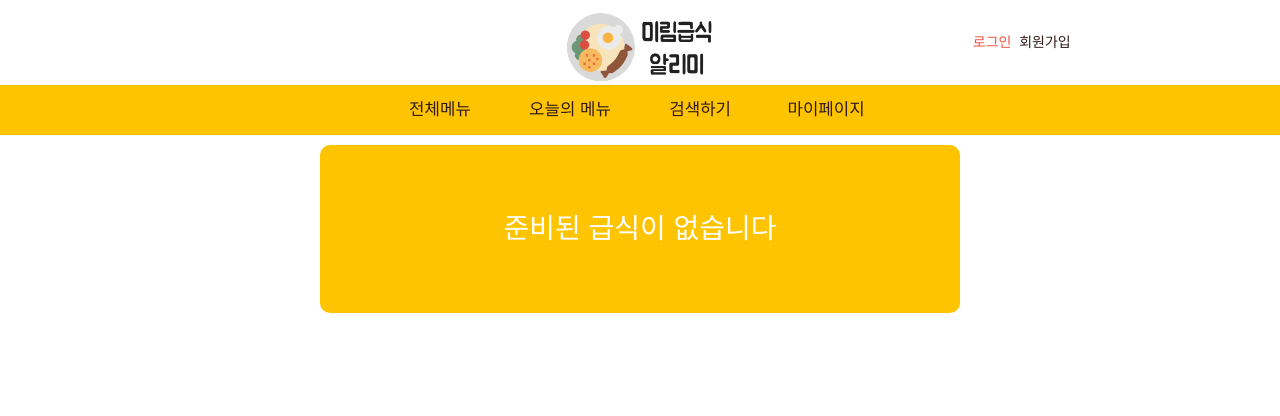
Repository: juujuu201/MirimMenuProj
Page: http://localhost/jspMenuProj/todayMenu.jsp
These files come from the project's save history. The page is drawn as it stood at one moment and after the next save; the edit follows.
The browser window is 1280 px wide. The pictures show the whole page.
Some web fonts or font styles are not loaded; a fallback is used. The page is served by Tomcat 9. Queries for data that is not in the repository find no rows.

Above is the page before, as saved 2019-09-21 12:48:06.

### jspMenuProj/WebContent/todayMenu.jsp
<%@ page language="java" contentType="text/html; charset=utf-8"
    pageEncoding="utf-8" import="java.sql.*"%>
<%@ page import="menu.db.connection.DBConnection" %>
<!DOCTYPE html PUBLIC "-//W3C//DTD HTML 4.01 Transitional//EN" "http://www.w3.org/TR/html4/loose.dtd">
<html>
<head>
<meta http-equiv="Content-Type" content="text/html; charset=utf-8">
<meta name="viewport" content="width=device-width, initial-scale=1">
  <link rel="stylesheet" href="https://maxcdn.bootstrapcdn.com/bootstrap/3.4.0/css/bootstrap.min.css">
  <script src="https://ajax.googleapis.com/ajax/libs/jquery/3.4.1/jquery.min.js"></script>
  <script src="https://maxcdn.bootstrapcdn.com/bootstrap/3.4.0/js/bootstrap.min.js"></script>
<title>미급알</title>
<!--
<link rel="shortcut icon" href="img/logo.png">
<link rel="apple-touch-icon" href="img/logo_apple.png">
-->
<link rel="stylesheet" href="css/index.css">
<link href="https://fonts.googleapis.com/css?family=Jua&display=swap" rel="stylesheet">

<style>
.thumbnail{
	width:200px;
	height:300px;
}
.link{
	color:#311b1b;
}
.link:hover{
	color:#ed6853;
}
b:hover{
	color:#ed6853;
}
a:hover{
	text-decoration:none;
}
</style>
</head>
<body>
<jsp:include page="top.jsp" flush="false"/><p>
<p></p>
<table id="whole">

    <p></p>
	<tr>
		<td>
			<div id="box" align="center">
				<%
					//db연결
					Connection conn=null;
					PreparedStatement pstmt=null;
					ResultSet rs=null;

					String sql="select menu_date, mtype, REPLACE(menu,' ','\r') as menu from schoolmealtbl where menu_date=curdate()";
					int count=1;

					try{
						conn=DBConnection.getCon();
						pstmt=conn.prepareStatement(sql);
						rs=pstmt.executeQuery();
						%>

							<%
								while(rs.next()){
									if(count%3==1){%>
									<table width="80%" align="center" id="books" border=1 cellspacing=0 cellpadding=0>
									<tr class="menu">
										<td colspan=5 align="center" style="padding:2%;"><%=rs.getString("menu_date") %><br></td>
									</tr>
									<tr>
										<td width="30%" align="center" style="padding:2%;">
											<a onclick="login()" class="link">
												<b style="color:#f54e42;font-size:1.5em;"><%=rs.getString("mtype") %></b><br>
												<%=rs.getString("menu") %><br>
											</a>
										</td>

								<%	}//if
									else if(count%3==2){%>
										<td width="30%" align="center" style="padding:2%;">
											<a onclick="login()" class="link">
												<b style="color:#f54e42;font-size:1.5em;"><%=rs.getString("mtype") %></b><br>
												<%=rs.getString("menu") %><br>
											</a>
										</td>

									<%}
									else{%>
											<td width="30%" align="center" style="padding:2%;">
												<a onclick="login()" class="link">
													<b style="color:#f54e42;font-size:1.5em;"><%=rs.getString("mtype") %></b><br>
													<%=rs.getString("menu") %><br>
												</a>
											</td>
											<p></p>
										</tr>

										</table>
									<%}
									count++;
								}//while
								if(count==1){%>
									<div style="background-color:#ffc400;color:white;width:50%;font-size:2em;padding:5%;border-radius:10px;" align="center">
										준비된 급식이 없습니다
									</div>
								<%}
					}
					catch(SQLException e){
						System.out.println(e.getMessage());
					}
					finally{
						try{
							if(pstmt!=null) pstmt.close();
							if(conn!=null) conn.close();
						}
						catch(SQLException e){
							System.out.println(e.getMessage());
						}
					}
				%>
			</div>
		</td>
	</tr>
</table>
</body>
</html>

### jspMenuProj/WebContent/top.jsp
<%@ page language="java" contentType="text/html; charset=UTF-8"
    pageEncoding="UTF-8"%>
<!DOCTYPE html>
<html>
<head>
<meta charset="utf-8">
<title>도란도란</title>
<!--
<link rel="shortcut icon" href="img/logo.png">
<link rel="apple-touch-icon" href="img/logo_apple.png">
-->
<link rel="stylesheet" href="css/index.css">
<link href="https://fonts.googleapis.com/css?family=Jua&display=swap" rel="stylesheet">
<script>
	function check(){
		alert("로그인 후 이용하실 수 있습니다");
		return ;
	}
</script>
</head>
<body>
    <table id="whole">
    <p></p>
        <tr>
            <td width="44%"></td>
            <td width="12%"><a href="index.jsp"><img src="img/logo.png" width="100%"></a></td>
            <td width="44%" style="padding-left:20%;">
            <div id="login"></div>
                		<a href="login.jsp" class="top_menu" style="color:#f54e42;" target="_top">로그인</a>&nbsp;
                		<a href="signup.jsp" class="top_menu" target="_top">회원가입</a><p>

            </td>
        </tr>
        <tr class="menu">

            <td colspan=3>
                <table width="100%" height="50px">
                    <tr>
                       <td width="30%"></td>
                        <td class="menu_in"><a href="index.jsp">전체메뉴</a></td>
                        <td class="menu_in"><a href="todayMenu.jsp">오늘의 메뉴</a></td>
                        <td class="menu_in"><a href="oldBook.jsp">검색하기</a></td>
                        <td class="menu_in"><a onclick="check()">마이페이지</a></td>
                        <td width="30%"></td>
                    </tr>
                </table></td>
        </tr>
    </table>
</body>
</html>

### jspMenuProj/src/menu/db/connection/DBConnection.java
package menu.db.connection;

import java.sql.Connection;
import java.sql.DriverManager;
import java.sql.SQLException;

public class DBConnection {
	public static Connection getCon() throws SQLException{
		Connection conn=null;
		try {
			Class.forName("com.mysql.jdbc.Driver");
			String url="jdbc:mysql://localhost:3306/jspMenu";
			String user="root";
			String pass="1234";

			conn=DriverManager.getConnection(url, user, pass);
			return conn;
		}
		catch(ClassNotFoundException e) {
			e.printStackTrace();
			return null;
		}
	}
}

### jspMenuProj/WebContent/css/index.css
body{
    margin:0;
}

*{
    font-family: 'Jua', sans-serif;
}

#whole{
    width:100%;
    height:100%;
}

a{
    text-decoration: none;
}

.top_menu{
    color:#311b1b;
}

.top_menu:hover{
    color:#ed6853;
}

#logout{
	background-color:transparent;
	border:none;
	outline:none;
}

.menu{
    background-color:#ffc400;
    text-align:center;
    font-size:120%;
}

.menu_in a{
    color:#311b1b;
    width:10%;
}

.menu_in a:hover{
    color:#ed6853;
}

#books{
	margin-left:10%;
	margin-right:10%;
}

After the next save:
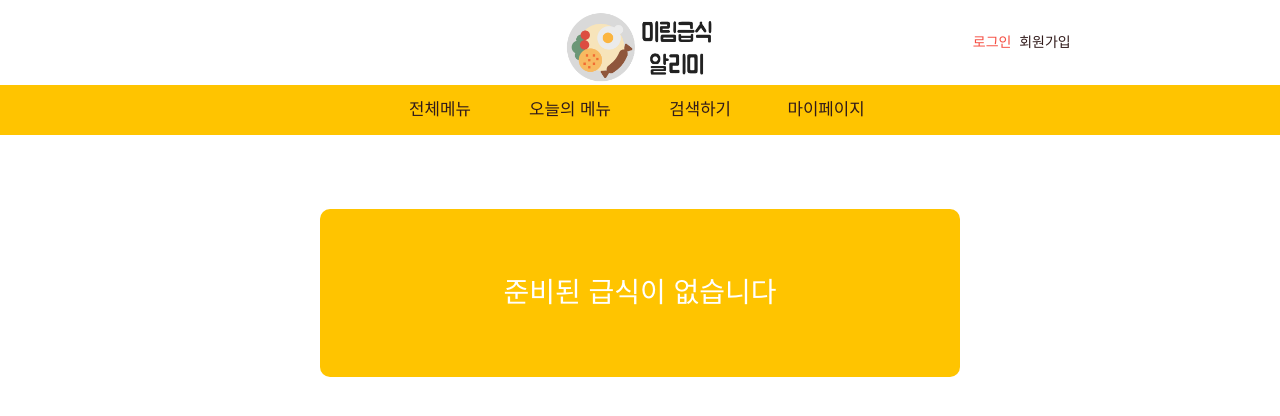
Saved 24 s later.
--- a/jspMenuProj/WebContent/todayMenu.jsp
+++ b/jspMenuProj/WebContent/todayMenu.jsp
@@ -100,7 +100,7 @@
 									count++;
 								}//while
 								if(count==1){%>
-									<div style="background-color:#ffc400;color:white;width:50%;font-size:2em;padding:5%;border-radius:10px;" align="center">
+									<div style="background-color:#ffc400;color:white;width:50%;font-size:2em;padding:5%;margin-top:5%;border-radius:10px;" align="center">
 										준비된 급식이 없습니다
 									</div>
 								<%}
